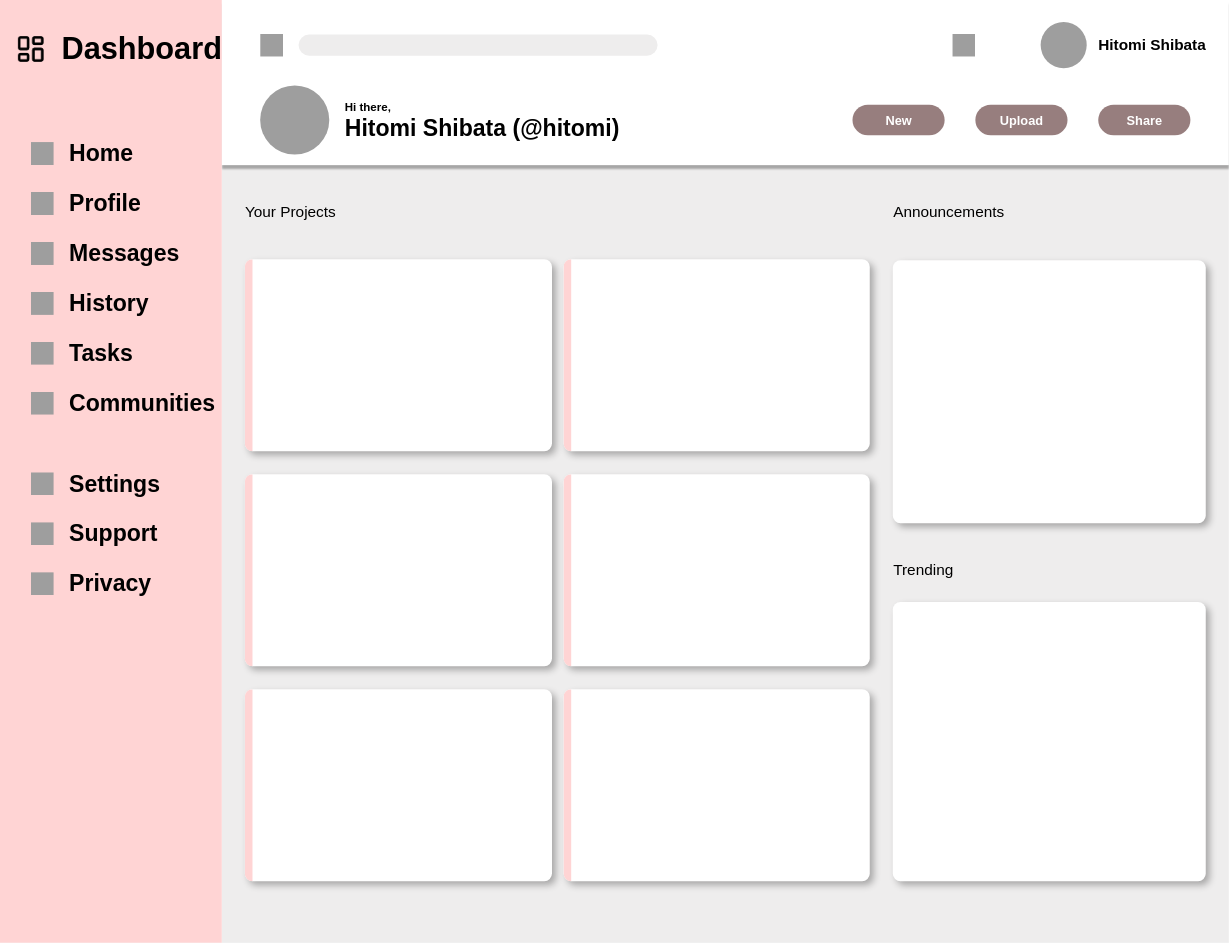
Repository: yeetzpxoci/dashboard
Page: index.html
These files come from the project's save history. The page is drawn as it stood at one moment and after the next save; the edit follows.
The browser window is 1280 px wide. The pictures show the whole page, at 96% of full size.
Pictures or frames that could not be fetched are drawn as grey boxes.

Above is the page before, as saved 2023-02-19 13:22:02.

### index.html
<!DOCTYPE html>
<html lang="en">
<head>
    <meta charset="UTF-8">
    <meta http-equiv="X-UA-Compatible" content="IE=edge">
    <meta name="viewport" content="width=device-width, initial-scale=1.0">
    <link rel="stylesheet" type="text/css" href="styles.css" />
    <title>Dashboard</title>
</head>
<body>
    <div class="sidebar">
        <div class="logo">
            <img src="dashboard-layout.png">
            <p>Dashboard</p>
        </div>

        <div class="icon-container1">
            <div class="icon">
                <img src="https://cdn-icons-png.flaticon.com/512/25/25694.png">
                <p>Home</p>
            </div>

            <div class="icon">
                <img src="https://cdn-icons-png.flaticon.com/512/6522/6522516.png">
                <p>Profile</p>
            </div>

            <div class="icon">
                <img src="https://cdn-icons-png.flaticon.com/512/739/739286.png">
                <p>Messages</p>
            </div>

            <div class="icon">
                <img src="https://cdn-icons-png.flaticon.com/512/32/32223.png">
                <p>History</p>
            </div>

            <div class="icon">
                <img src="https://www.svgrepo.com/show/79174/task-list.svg">
                <p>Tasks</p>
            </div>

            <div class="icon">
                <img src="https://icons.veryicon.com/png/o/business/classic-icon/community-12.png">
                <p>Communities</p>
            </div>
        </div>

        <div class="icon-container2">
            <div class="icon">
                <img src="https://cdn-icons-png.flaticon.com/512/126/126472.png">
                <p>Settings</p>
            </div>

            <div class="icon">
                <img src="https://upload.wikimedia.org/wikipedia/commons/thumb/1/17/FAQ_icon_%28Noun_like%29.svg/1255px-FAQ_icon_%28Noun_like%29.svg.png">
                <p>Support</p>
            </div>

            <div class="icon">
                <img src="https://cdn-icons-png.flaticon.com/512/4104/4104794.png">
                <p>Privacy</p>
            </div>
        </div>
    </div>

    <div class="header">
        <div class="search">
            <img src="https://cdn-icons-png.flaticon.com/512/3917/3917754.png">
            <input class="search-bar">
        </div>

        <img class="notification_icon" src="https://cdn-icons-png.flaticon.com/512/565/565422.png">

        <div class="profile-pic">
        </div>

        <p>Hitomi Shibata</p>

        <div class="user-info">
            <div class="profile-pic">
            </div>
            <p id="losinfo">
                <span style="font-size:12px;">Hi there,</span>
                <br>
                <span style="font-size:24px;">Hitomi Shibata (@hitomi)</span>
            </p>
        </div>
        <button>New</button>
        <button>Upload</button>
        <button>Share</button>
    </div>
    <div class="main-content">
        <div class="projects">
            <p>Your Projects</p>
            <p></p>

            <div class="project">
                <div class="line">
                </div>
            </div>

            <div class="project">
                <div class="line">
                </div>
            </div>

            <div class="project">
                <div class="line">
                </div>
            </div>

            <div class="project">
                <div class="line">
                </div>
            </div>

            <div class="project">
                <div class="line">
                </div>
            </div>

            <div class="project">
                <div class="line">
                </div>
            </div>
        </div>
        <div class="announcements-container">
            <p>Announcements</p>
            <div class="announcements">

            </div>
        </div>
        <div class="trending-container">
            <p>Trending</p>
            <div class="trending">

            </div>
        </div>
    </div>
</body>
</html>

### styles.css
html,
body {
    margin: 0;
    padding: 0;
    height: 100%;
}

body {
    min-height: 100vh;
    display: grid;
    grid-template-columns: 1fr 5fr;
    grid-template-rows: 1fr 4fr;
    font-family: Arial, Helvetica, sans-serif;
}

.sidebar {
    background-color: #FFD4D4;
    grid-column: 1 / 2;
    grid-row: 1 / 3;
    display: grid;
    grid-template-rows: 0.75fr 2fr 1fr 2fr;
    padding-left: 16px;
    gap: 32px;
    z-index: 2;
}

.icon-container1 {
    display: flex;
    flex-direction: column;
}

.icon-container2 {
    display: flex;
    flex-direction: column;
}

.logo, .icon {
    display: flex;
    align-items: center;
    font-weight: bold;
    gap: 16px;
}

.logo {
    font-size: 32px;
    align-self: baseline;
}

.icon {
    margin-top: -24px;
    font-size: 24px;
    margin-left: 16px;
}

.logo img {
    width: 32px;
    height: 32px;
}

.icon img {
    width: 24px;
    height: 24px;
}


.header {
    background-color: white;
    grid-column: 2 / 3;
    grid-row: 1 / 2;
    display: grid;
    grid-template-columns: 13fr 1fr 1fr 2fr;
    grid-template-rows: 1fr 1fr;
    padding-right: 24px;
    box-shadow: 0px 4px 2px rgb(0, 0, 0, 0.3);
    z-index: 1;
    padding: 8px;
}

.search {
    display: flex;
    justify-content: flex-start;
    align-items: center;
    gap: 16px;
    margin-left: 32px;
}

.search img{
    width: 24px;
    height: 24px;
}

.search input {
    width: 60%;
    border-radius: 12px;
    border-width: 0px;
    background-color: #eeeded;
    height: 25%;
}

.notification_icon {
    width: 24px;
    height: 24px;
    align-self: center;
    justify-self: end;
}

.profile-pic {
    border-radius: 50%;
    background-image: url("https://i.pinimg.com/originals/49/c0/e8/49c0e871fbe0be71396aa94fe1d93ddc.jpg");
    background-position: center;
    background-size: cover;
    background-repeat: no-repeat;
    overflow: hidden;
}

.header > .profile-pic {
    width: 48px;
    height: 48px;
    align-self: center;
    justify-self: end;
    margin-right: 12px;
}

.user-info {
    display: flex;
    gap: 16px;
}

.user-info > .profile-pic {
    width: 72px;
    height: 72px;
    margin-left: 32px;
    align-self: center;
}

.header p {
    align-self: center;
    font-weight: bolder;
    justify-self: baseline;
}

button {
    height: 40%;
    width: 96px;
    align-self: center;
    justify-self: baseline;
    background-color: #977e7e;
    border-radius: 24px;
    border-width: 0px;
    color: white;
    margin-right: 32px;
    font-weight: bold;
}

.main-content {
    background-color: #eeeded;
    grid-column: 2 / 3;
    grid-row: 2 / 3;
    padding-left: 24px;
    padding-right: 24px;
    padding-top: 24px;
    padding-bottom: 64px;
    display: grid;
    grid-template-columns: 2fr 1fr;
    grid-template-rows: 1fr 1fr     ;
    gap: 24px;
}

.projects {
    width: 100%;
    display: grid;
    grid-template-columns: repeat(2, 1fr);
    grid-template-rows: 1fr 4fr 4fr 4fr;
    grid-gap: 24px 12px;
    grid-column: 1 / 2;
    grid-row: 1 / 3;
}

.project {
    background-color: white;
    border-radius: 8px;
    box-shadow: 4px 4px 8px rgb(0, 0, 0, 0.3);
    overflow: hidden;
}

.announcements-container {
    width: 100%;
    height: 100%;
    display: grid;
    grid-template-rows: 1fr 5fr;
    grid-row: 1 / 2;
    gap: 20px;
}

.announcements {
    width: 100%;
    height: 100%;
    background-color: white;
    border-radius: 8px;
    box-shadow: 4px 4px 8px rgb(0, 0, 0, 0.3);
    display: grid;
    grid-template-rows: 1fr 1fr 1fr;
}

.trending-container {
    width: 100%;
    height: 100%;
    display: grid;
    grid-row: 2 / 3;
    grid-template-rows: 1fr 5fr;
}

.trending {
    width: 100%;
    height: 100%;
    display: grid;
    grid-template-rows: 1fr 1fr 1fr;
    background-color: white;
    border-radius: 8px;
    box-shadow: 4px 4px 8px rgb(0, 0, 0, 0.3);
    grid-template-rows: 1fr 1fr 1fr 1fr;
}

.line {
    background-color: #FFD4D4;
    width: 2.5%;
    height: 100%;
}

After the next save:
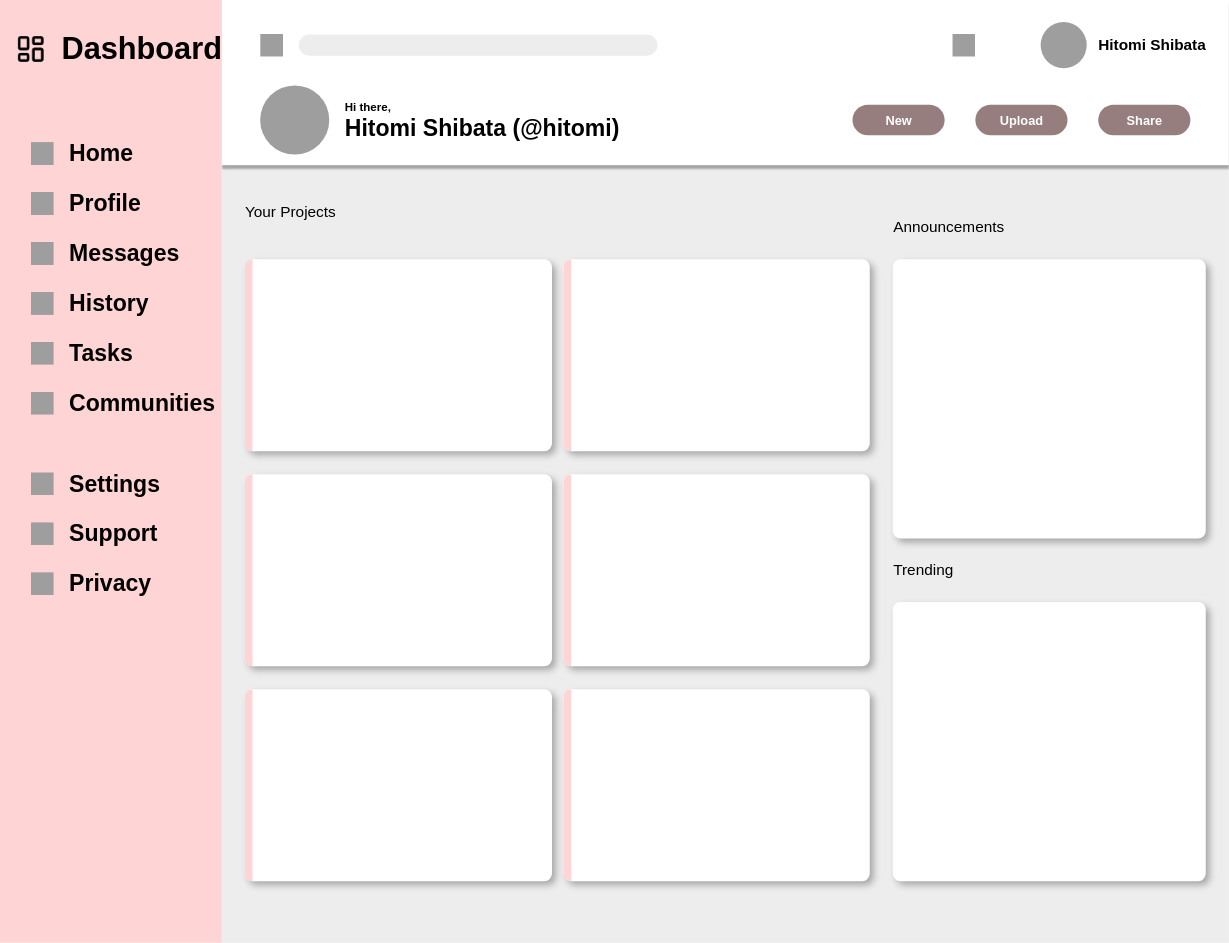
Saved 6 s later.
--- a/styles.css
+++ b/styles.css
@@ -189,7 +189,7 @@ button {
     display: grid;
     grid-template-rows: 1fr 5fr;
     grid-row: 1 / 2;
-    gap: 20px;
+    margin-top: 16px;
 }
 
 .announcements {
